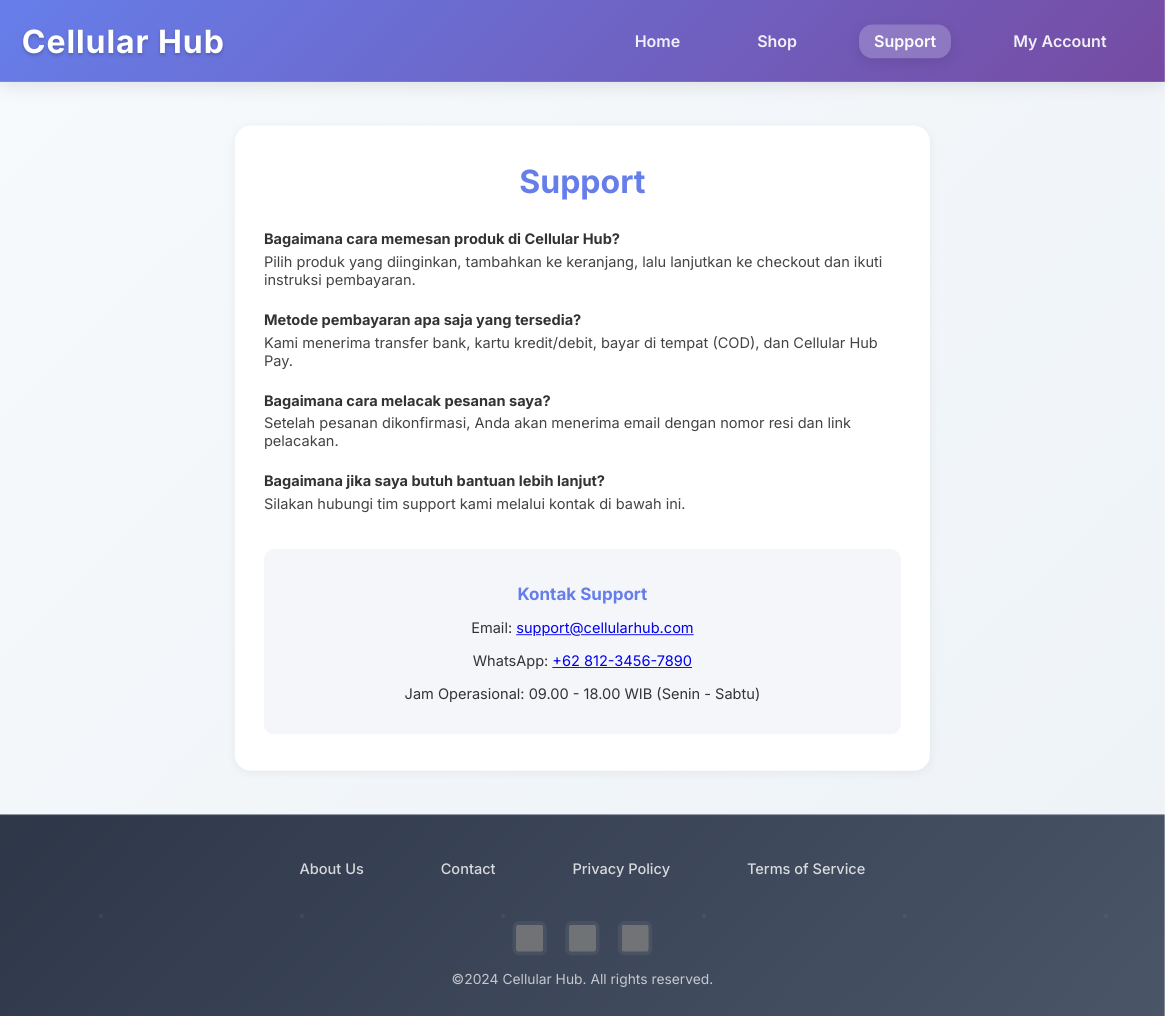
Repository: adrptrp/TP-2_kerja-sama
Page: support.html
An editor plug-in stored every save of this project. The page is shown before and after the next save, followed by the edit.
The browser window is 1280 px wide. The pictures show the whole page, at 91% of full size.
Pictures or frames that could not be fetched are drawn as grey boxes.

Above is the page before, as saved 2025-06-28 13:33:02.

After the next save:
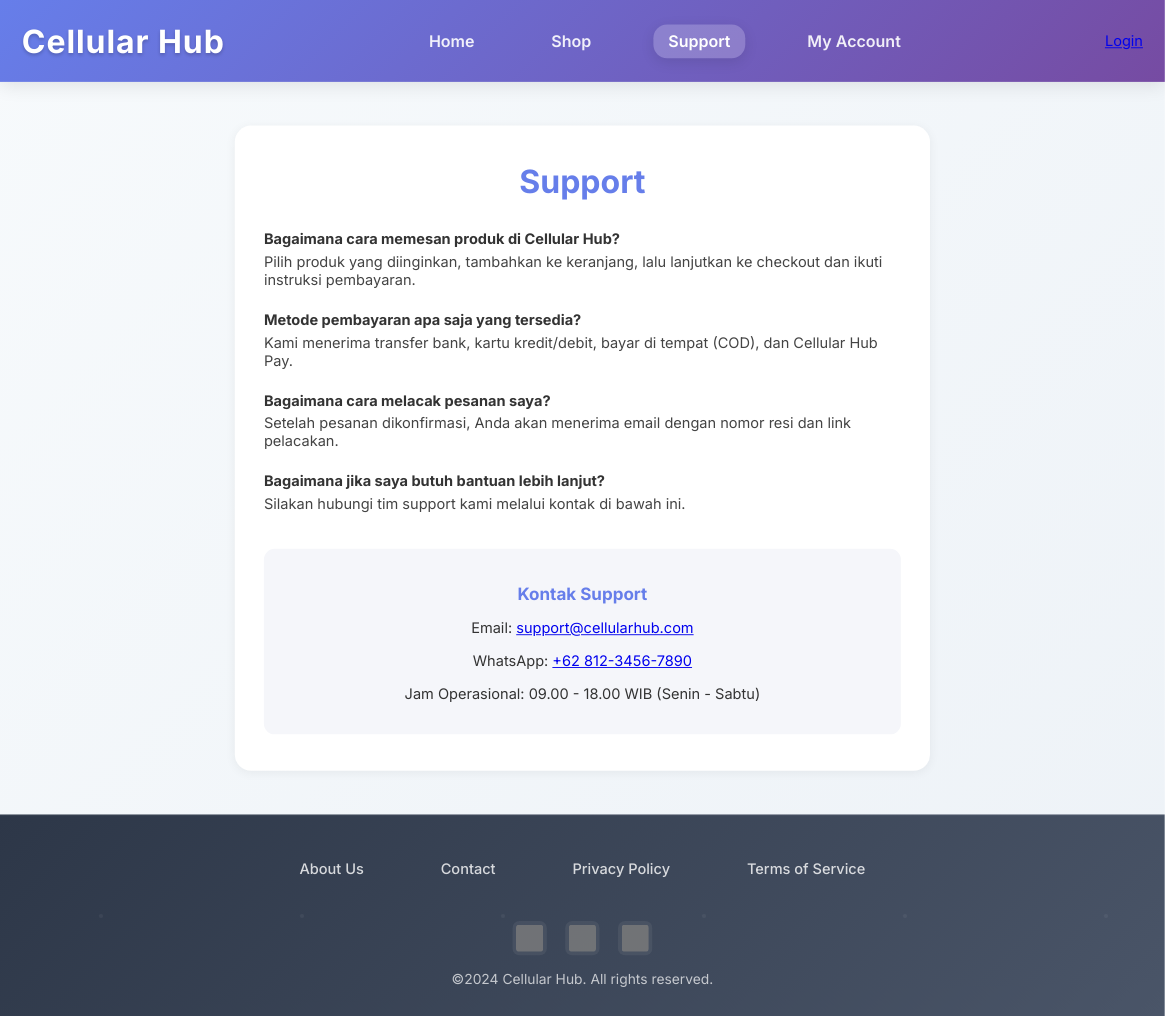
Saved 27 s later.
--- a/support.html
+++ b/support.html
@@ -28,6 +28,9 @@
         <a href="support.html" class="active">Support</a>
         <a href="myaccount.html">My Account</a>
       </nav>
+      <div class="header__actions">
+        <a href="myaccount.html" id="authLink" class="header__auth">Login</a>
+      </div>
     </div>
   </header>
   <main>
@@ -75,5 +78,32 @@
       <span>&copy;2024 Cellular Hub. All rights reserved.</span>
     </div>
   </footer>
+  <script>
+    // Check user authentication status from localStorage
+    document.addEventListener('DOMContentLoaded', function() {
+      const storedUser = localStorage.getItem('userAccount');
+      const authLink = document.getElementById('authLink');
+
+      if (storedUser) {
+        const user = JSON.parse(storedUser);
+        if (user.isAuthenticated) {
+          authLink.textContent = 'Logout';
+          authLink.onclick = function() {
+            if (confirm('Are you sure you want to logout?')) {
+              localStorage.removeItem('userAccount');
+              alert('You have been logged out.');
+              window.location.href = 'myaccount.html';
+            }
+          };
+        } else {
+          authLink.textContent = 'Login';
+          authLink.href = 'myaccount.html';
+        }
+      } else {
+        authLink.textContent = 'Login';
+        authLink.href = 'myaccount.html';
+      }
+    });
+  </script>
 </body>
 </html>
